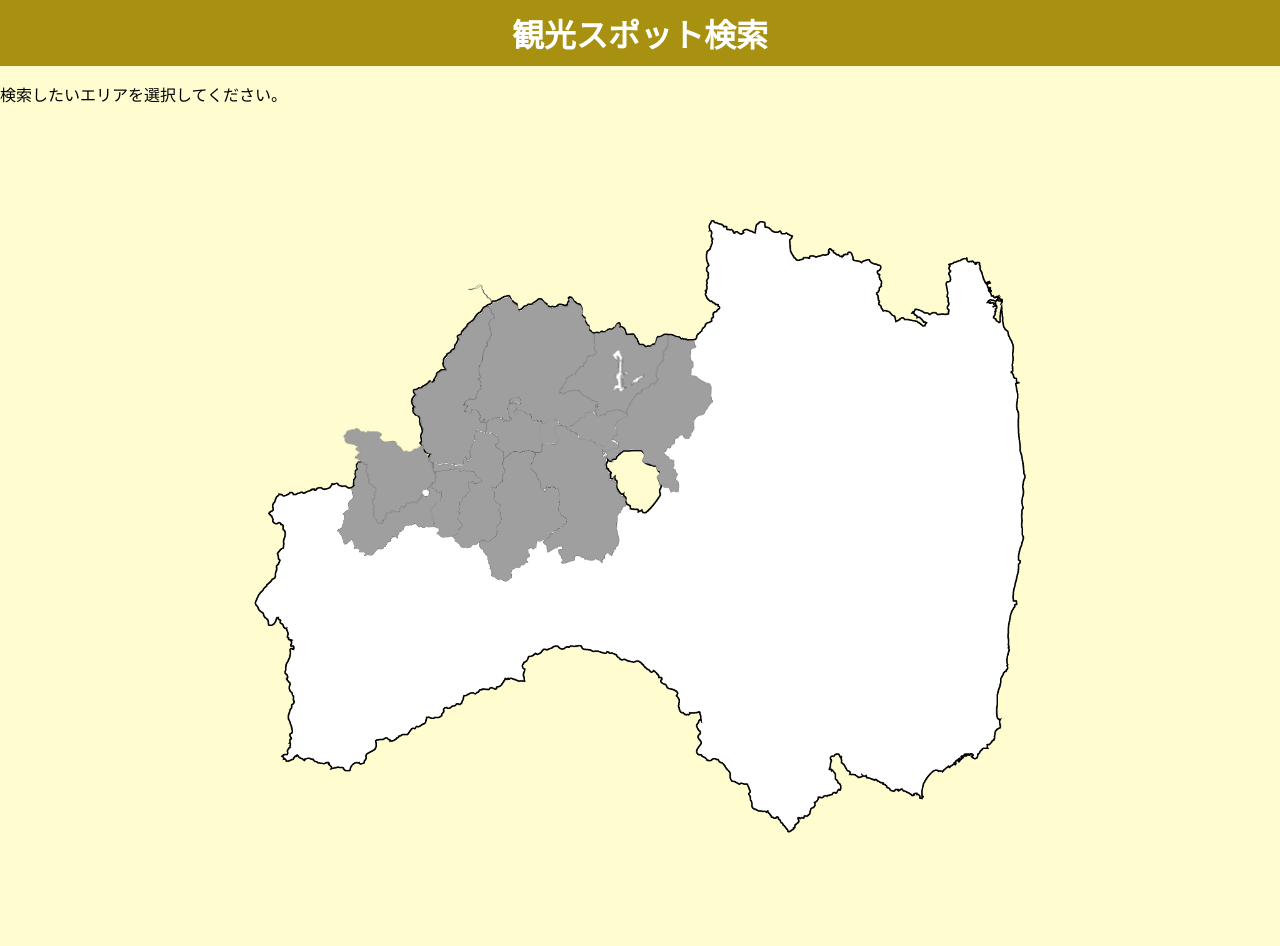
Repository: ryoutana/tanaryou.github.io
Page: Downloads/project/index.html
These files come from the project's save history. The page is drawn as it stood at one moment and after a run of saves; the edit follows.
The browser window is 1280 px wide. The pictures show the whole page.

Above is the page before, as saved 2025-04-29 14:12:16.

### Downloads/project/index.html
<!DOCTYPE html>
<html lang="ja">
<head>
    <meta charset="UTF-8">
    <meta name="viewport" content="width=device-width, initial-scale=1.0">
    <title>観光スポット検索</title>
    <link rel="stylesheet" href="styles.css">
</head>
<body>
    <header>
        <h1 id="pageTitle">観光スポット検索</h1>
    </header>
    <main>
        <section id="intro">
            <p id="introText">検索したいエリアを選択してください。</p>
            <div id="mapContainer">
                <img id="introImage" src="福島県白地図.png" alt="福島県の地図">
                <div id="spotContainer"></div>
            </div>
        </section>
    </main>
    <script src="script.js"></script>
</body>
</html>

### Downloads/project/styles.css
/* styles.css */

/* 全体のリセット */
body, html {
    margin: 0;
    padding: 0;
    box-sizing: border-box;
    background-color: #fffdd0; /* 背景色をクリーム色に設定 */
    font-family: Arial, sans-serif;
}

/* ヘッダーのスタイル */
header {
    text-align: center;
    background-color: #a89110; /* ゴールド系の背景色 */
    padding: 10px 0;
}

#pageTitle {
    font-size: 2em;
    margin: 0;
    color: #fff; /* 白文字 */
}

/* 地図全体のコンテナ */
#mapContainer {
    position: relative;
    width: 80%; /* 地図の幅を画面幅に応じて調整 */
    max-width: 800px;
    margin: 20px auto;
    overflow: hidden;
    text-align: center;
}

#introImage {
    width: 100%; /* 地図画像を親要素にフィットさせる */
    height: auto;
    display: block;
    margin: 0 auto;
    z-index: 1;
}

/* スポット画像のコンテナ */
#spotContainer {
    position: absolute;
    top: 0;
    left: 0;
    width: 100%;
    height: 100%;
    z-index: 2;
}

/* スポット画像のスタイル */
.spot-image {
    position: absolute;
    transform: translate(-50%, -50%); /* 中心基準で配置 */
    cursor: pointer;
    transition: filter 0.3s ease;
    filter: brightness(0.8) saturate(0); /* デフォルトで薄い灰色 */
}

.spot-image:hover {
    filter: brightness(1.2) hue-rotate(90deg); /* カーソルが乗ると黄緑 */
}

.spot-image.active {
    filter: brightness(1) hue-rotate(120deg) saturate(2); /* クリックでしっかり緑 */
}

### Downloads/project/script.js
// script.js

// スポットデータ（座標は地図画像内の相対的なピクセル位置）
const spots = [
    { name: '会津坂下町', img: '会津坂下町(白地図).png', x: 275, y: 303, width: 78 },
    { name: '会津若松市', img: '会津若松市(白地図).png', x: 337, y: 368, width: 158 },
    { name: '会津美里町', img: '会津美里町(白地図).png', x: 283, y: 390, width: 149 },
    { name: '喜多方市', img: '喜多方市(白地図).png', x: 291, y: 230, width: 170 },
    { name: '金山町', img: '金山町(白地図).png', x: 150, y: 381, width: 133 },
    { name: '三島町', img: '三島町(白地図).png', x: 216, y: 377, width: 83 },
    { name: '昭和村', img: '昭和村(白地図).png', x: 150, y: 350, width: 120 },
    { name: '西会津町', img: '西会津町(白地図).png', x: 214, y: 260, width: 180 },
    { name: '猪苗代町', img: '猪苗代町(白地図).png', x: 418, y: 288, width: 178 },
    { name: '湯川村', img: '湯川村(白地図).png', x: 309, y: 306, width: 32 },
    { name: '磐梯町', img: '磐梯町(白地図).png', x: 357, y: 304, width: 69 },
    { name: '北塩原村', img: '北塩原村(白地図).png', x: 374, y: 244, width: 123 },
    { name: '柳津町', img: '柳津町(白地図).png', x: 229, y: 363, width: 134 }
];

// スポットを動的に生成
function generateSpots() {
    const spotContainer = document.getElementById('spotContainer');
    const mapContainer = document.getElementById('mapContainer');

    if (!spotContainer || !mapContainer) {
        console.error('Error: 必要な要素が見つかりません。');
        return;
    }

    const mapWidth = mapContainer.offsetWidth; // 地図の幅
    const mapHeight = mapContainer.offsetHeight; // 地図の高さ

    spots.forEach(spot => {
        const img = document.createElement('img');
        img.src = spot.img;
        img.alt = spot.name;
        img.style.width = `${(spot.width / 800) * mapWidth}px`; // 幅を地図のサイズに比例させる
        img.style.left = `${(spot.x / 800) * mapWidth}px`; // x座標を地図のサイズに比例させる
        img.style.top = `${(spot.y / 800) * mapHeight}px`; // y座標を地図のサイズに比例させる
        img.classList.add('spot-image');

        // クリックイベントで色を変更
        img.addEventListener('click', () => {
            if (img.classList.contains('active')) {
                img.classList.remove('active'); // 緑から灰色に戻す
            } else {
                img.classList.add('active'); // 緑にする
            }
        });

        spotContainer.appendChild(img);
    });
}

// 初期化処理
function init() {
    generateSpots();
    console.log('スポット画像の生成が完了しました。');
}

// ページ読み込み時に初期化
window.onload = init;

After the next 6 saves:
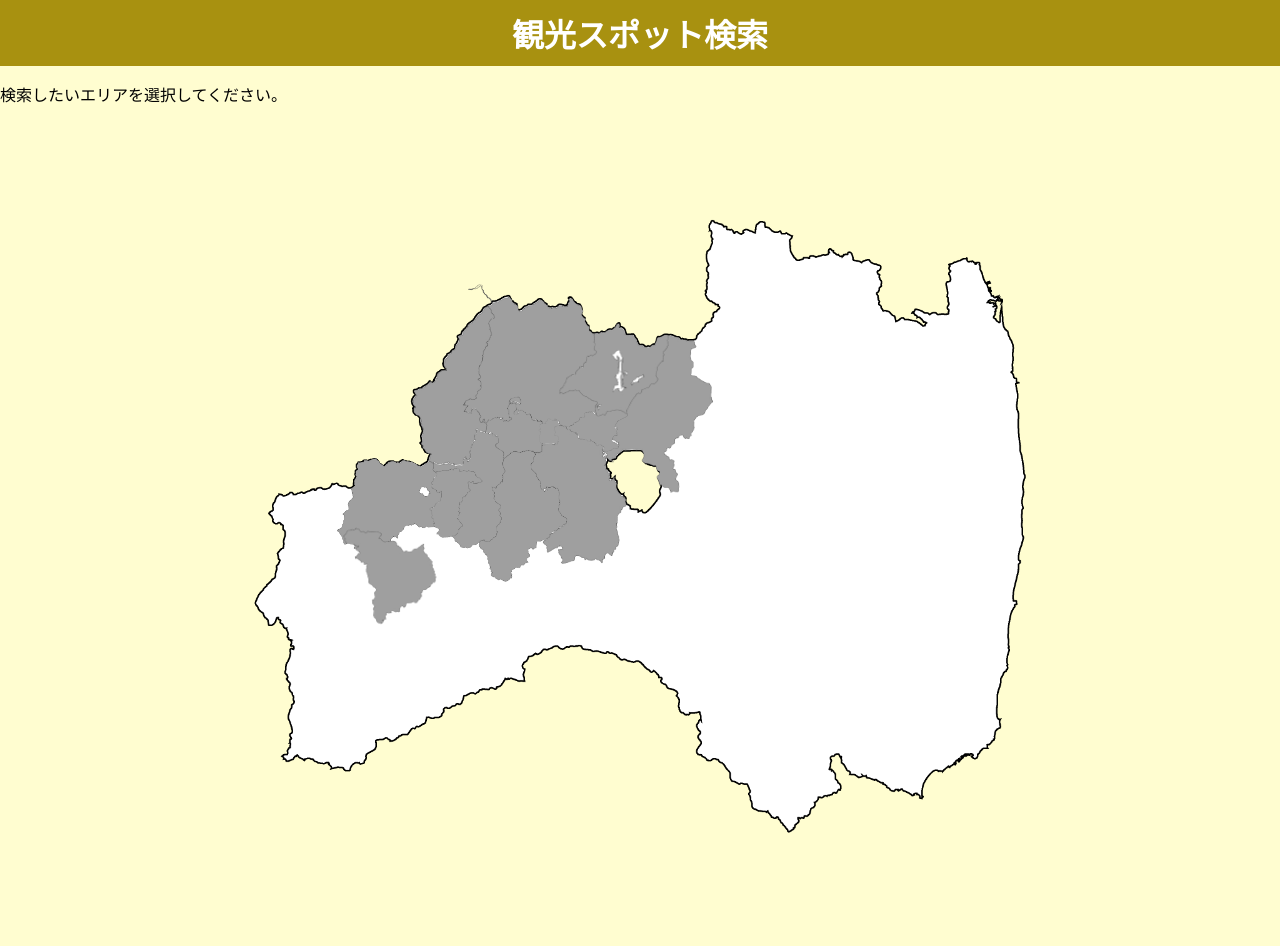
The 6 saves are shown as one change because they came seconds apart.
The last was saved 15 s later.
--- a/Downloads/project/script.js
+++ b/Downloads/project/script.js
@@ -8,7 +8,7 @@ const spots = [
     { name: '喜多方市', img: '喜多方市(白地図).png', x: 291, y: 230, width: 170 },
     { name: '金山町', img: '金山町(白地図).png', x: 150, y: 381, width: 133 },
     { name: '三島町', img: '三島町(白地図).png', x: 216, y: 377, width: 83 },
-    { name: '昭和村', img: '昭和村(白地図).png', x: 150, y: 350, width: 120 },
+    { name: '昭和村', img: '昭和村(白地図).png', x: 150, y: 450, width: 120 },
     { name: '西会津町', img: '西会津町(白地図).png', x: 214, y: 260, width: 180 },
     { name: '猪苗代町', img: '猪苗代町(白地図).png', x: 418, y: 288, width: 178 },
     { name: '湯川村', img: '湯川村(白地図).png', x: 309, y: 306, width: 32 },
